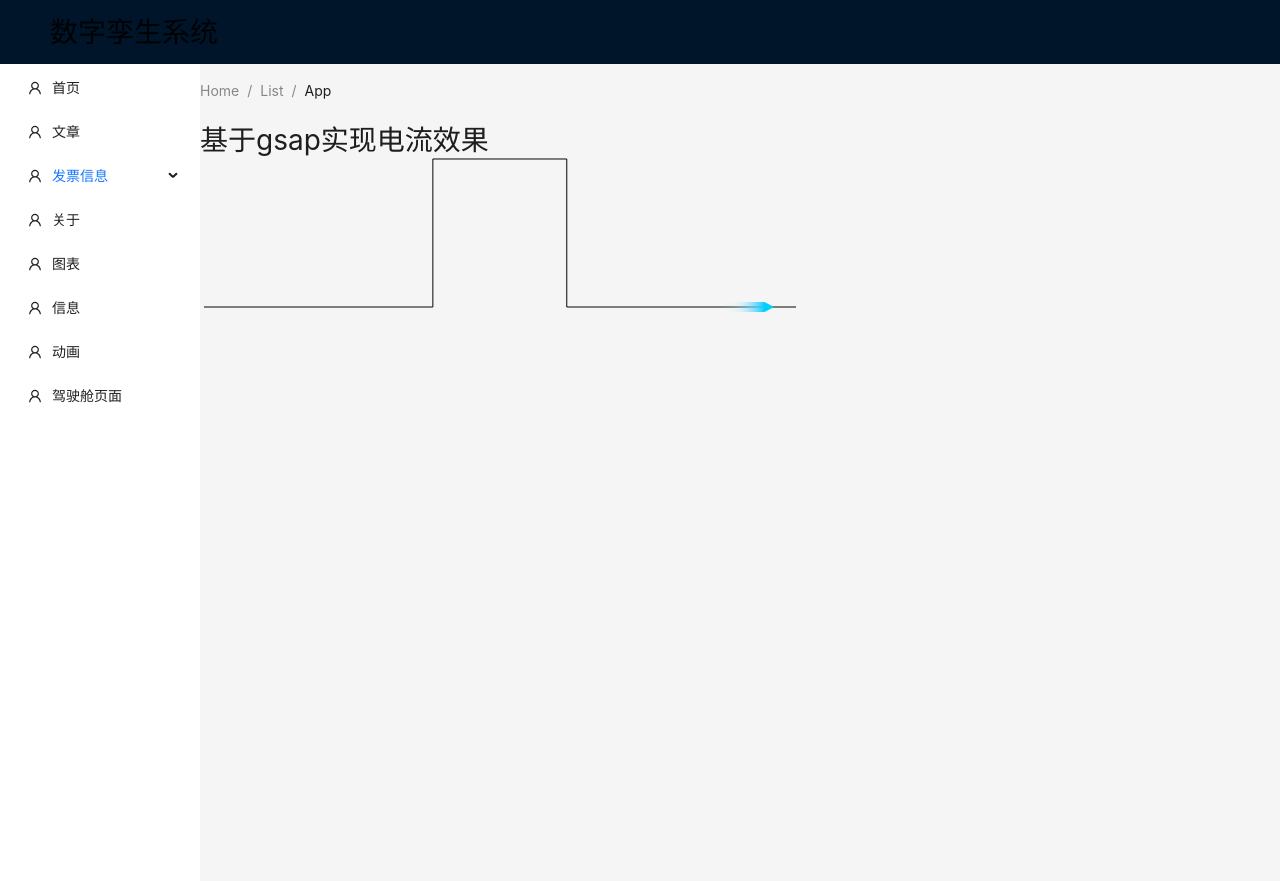
Repository: HailiePan/webpack-react-practice
Page: /animation
An editor plug-in stored every save of this project. The page is shown before and after the next save, followed by the edit.
The browser window is 1280 px wide. The pictures show the whole page.
The project was rebuilt for these pictures with package versions that can differ from the ones it lists, and the page was loaded fresh each time. Also part of the build but not shown: src/pages/Animation/component/ScrollAnimation/index.jsx, src/pages/Home.jsx, src/pages/Invoices/index.jsx, src/pages/Invoices/Invoice.jsx, src/pages/Invoices/Pending.jsx, src/pages/Invoices/Complete.jsx, src/components/CommonBox/index.less, src/components/CommonBox/index.jsx and 27 more.

Above is the page before, as saved 2024-01-24 17:30:37.

### index.html
<!--
 * Author  hailie.pan
 * Date  2023-10-08 16:03:03
 * LastEditors  hailie.pan
 * LastEditTime  2023-10-08 16:03:04
 * Description  file content
-->
<!--
 * Author  hailie.pan
 * Date  2023-10-07 17:34:05
 * LastEditors  hailie.pan
 * LastEditTime  2023-10-07 17:34:06
 * Description  file content
-->
<!DOCTYPE html>
<html lang="en">
  <head>
    <meta charset="UTF-8" />
    <meta http-equiv="X-UA-Compatible" content="IE=edge" />
    <meta name="viewport" content="width=device-width, initial-scale=1.0" />
    <title>Document</title>
  </head>
  <body>
    <div id="app"></div>
  </body>
</html>

### src/index.jsx
/*
 * Author  hailie.pan
 * Date  2023-10-07 17:16:58
 * LastEditors  hailie.pan
 * LastEditTime  2023-10-24 17:39:40
 * Description  file content
 */
import React, { StrictMode } from "react";
import * as ReactDOM from "react-dom/client";
import { BrowserRouter, useRoutes } from "react-router-dom";
import { routes } from "@/router";
const App = () => {
  return useRoutes(routes);
};
const root = ReactDOM.createRoot(document.getElementById("app"));
// v18 的新方法
root.render(
  <StrictMode>
    <BrowserRouter>
      <App />
    </BrowserRouter>
  </StrictMode>
);

// BrowserRouter下直接渲染useRoutes,routes里配置好路径对应的组件
// 然后就会显示路径对应的组件
// useRoutes(routes)必须在函数里写着

### src/router/index.js
/*
 * @Author: Hailie.Pan
 * @Date: 2023-11-28 10:30:45
 * @LastEditors: Hailie.Pan
 * @LastEditTime: 2024-01-11 10:41:08
 * @Description:
 */
/*
 * Author  hailie.pan
 * Date  2023-10-13 17:13:27
 * LastEditors  hailie.pan
 * LastEditTime  2023-11-28 10:30:45
 * Description  file content
 */
import React from "react";
import { useRoutes } from "react-router-dom";

import BaseLayout from "@/BaseLayout";

import Home from "@/pages/Home";
import Invoices from "@/pages/Invoices";
import Invoice from "@/pages/Invoices/Invoice";
import Pending from "@/pages/Invoices/Pending";
import Complete from "@/pages/Invoices/Complete";
import About from "@/pages/About";
import Article from "@/pages/Article";
import ControlRoomFirstPage from "@/pages/ControlRoomFirstPage";
import Chart from "@/pages/Chart";
import Info from "@/pages/Info";
import Animation from '@/pages/Animation'

const routes = [
  {
    path: "/",
    element: <BaseLayout />,
    name: "一级场景",
    children: [
      { path: "/home", element: <Home />, name: "首页" },
      { path: "/article", element: <Article />, name: "文章" },
      {
        // path: "/invoices",
        // element: <Invoices />,
        name: "发票信息",
        children: [
          {
            path: "/invoices/invoicesDetail/:id",
            element: <Invoice />,
            name: "发票1详情",
          },
          {
            path: "/invoices/pending",
            element: <Pending />,
            name: "发票2详情",
          },
          {
            path: "/invoices/complete",
            element: <Complete />,
            name: "发票3详情",
          },
        ],
      },

      {
        path: "/about",
        element: <About />,
        name: "关于",
      },
      {
        path: "/chart",
        element: <Chart />,
        name: "图表",
      },
      {
        path: "/info",
        element: <Info />,
        name: "信息",
      },
      {
        path: "/animation",
        element: <Animation />,
        name: "动画",
      },
    ],
  },
  {
    path: "/controlRoomFirstPage",
    element: <ControlRoomFirstPage />,
    name: "驾驶舱页面",
  },
];

export { routes };

### src/BaseLayout/index.jsx
/*
 * Author  hailie.pan
 * Date  2023-10-13 17:28:32
 * LastEditors  hailie.pan
 * LastEditTime  2023-12-04 10:37:50
 * Description  file content
 */

import React, {useEffect, useCallback, useState, useMemo } from 'react';
import { LaptopOutlined, NotificationOutlined, UserOutlined } from '@ant-design/icons';
import { Breadcrumb, Layout, Menu, theme } from 'antd';
import { Link, NavLink, useRoutes, Navigate, Outlet } from 'react-router-dom';
import { gsap } from "gsap";
import { ScrollTrigger } from 'gsap/ScrollTrigger.js'
import { routes } from '@/router';
import StateContext from './data.js';
import styles from './index.less';
import ScrollAnimation from '@/pages/Animation/component/ScrollAnimation'
const { Header, Content, Sider } = Layout;

export default function BaseLayout() {
  // console.log("routes", routes);
  const [selectedMenuKeys, setSelectedMenuKeys] = useState([]);

  // useMemo缓存菜单的计算方法，避免每次刷新时都计算一遍
  // 这个菜单的算法还是不太优美，不好维护
  let showMenu = useMemo(
    () =>
      routes
        .map((item, index) => {
          if (item.children) {
            const arr2 = item.children.map((c, cIndex) => {
              return {
                key: cIndex,
                icon: React.createElement(UserOutlined),
                name: c.name,
                label: (
                  <NavLink to={c.path} state={'From App'}>
                    {c.name}
                  </NavLink>
                ),
                children: c?.children?.map((t, tIndex) => ({
                  key: `${cIndex}-${tIndex}`,
                  icon: React.createElement(UserOutlined),
                  name: t.name,
                  label: <NavLink to={t.path}>{t.name}</NavLink>
                }))
              };
            });
            return arr2;
          } else {
            return {
              key: 'dandu' + index,
              icon: React.createElement(UserOutlined),
              name: item.name,
              label: (
                <NavLink to={item.path} state={'From App'}>
                  {item.name}
                </NavLink>
              )
            };
          }
        })
        .flat(), // arr2是个数组，放到showMenu数组里需要拉平
    []
  );
  showMenu.flat();
  // console.log("showMenu", showMenu);

  const menuArr = [
    {
      key: 0,
      icon: React.createElement(UserOutlined),
      label: (
        <NavLink to="/home" state={'From App'}>
          首页
        </NavLink>
      )
    },

    {
      key: 1,
      icon: React.createElement(LaptopOutlined),
      label: <NavLink to="invoices">发票信息</NavLink>,
      children: [
        {
          key: '1-0',
          label: <NavLink to="/invoices/invoicesDetail/1?a=a&b=b">发票1详情页</NavLink>
        },
        {
          key: '1-1',
          label: <NavLink to="/invoices/pending?fromPage=菜单点击">发票2详情页</NavLink>
        },
        {
          key: '1-2',
          label: (
            <NavLink to="/invoices/complete" state={'左侧菜单点击'}>
              发票3详情页
            </NavLink>
          )
        }
      ]
    },
    {
      key: 2,
      icon: React.createElement(NotificationOutlined),
      label: <NavLink to="about">关于</NavLink>
    },
    {
      key: 3,
      icon: React.createElement(NotificationOutlined),
      label: <NavLink to="controlRoomFirstPage">驾驶舱页面</NavLink>
    },
    {
      key: 4,
      icon: React.createElement(LaptopOutlined),
      label: <NavLink to="article">文章</NavLink>
    }
  ];

  const onSelectMenu = ({ item, key, keyPath, selectedKeys, domEvent }) => {
    setSelectedMenuKeys([key]);
  };

  const [state, setState] = useState('playing');

  // useEffect(()=>{
  //   gsap.registerPlugin(ScrollTrigger)
  //     // 绿色方块
  //     gsap.to("#ewrwer", {
  //       rotation: 900,
  //       x:400,
  //       duration: 1,
  //       scrollTrigger: {
  //         trigger: '#ewrwer', // 动画的元素
  //         scroller: document.getElementById('21321'), // 滚动的元素
  //         scrub: 2,
  //         markers: true,
  //       },

  //     });
  // },[])

  return (
    <Layout className={styles.layoutWrap}>
{/*
      <div className={styles.box} id='21321'>
        <div className={styles.green} id='ewrwer'></div>
        <div style={{height:'1000px'}} />
      </div> */}

      {/* <ScrollAnimation /> */}


      <Header className={styles.header}>
        <div className={styles.logo} />

        <h1>数字孪生系统</h1>
      </Header>

      <Layout>
        <Sider className={styles.sider}>
          <Menu
            mode="inline"
            // defaultSelectedKeys={["0"]}
            // defaultOpenKeys={["sub1"]}
            style={{
              height: '100%',
              borderRight: 0
            }}
            items={showMenu}
            selectedKeys={selectedMenuKeys}
            onSelect={onSelectMenu}
          />
        </Sider>

        <Layout className={styles.rightLayout}>
          <Breadcrumb
            style={{
              margin: '16px 0'
            }}
          >
            <Breadcrumb.Item>Home</Breadcrumb.Item>
            <Breadcrumb.Item>List</Breadcrumb.Item>
            <Breadcrumb.Item>App</Breadcrumb.Item>
          </Breadcrumb>

          <StateContext.Provider value={{ state, setState }}>
            <Content className={styles.content} id='content'>
              <Outlet />
            </Content>
          </StateContext.Provider>
        </Layout>
      </Layout>
    </Layout>
  );
}

### src/pages/Animation/index.jsx
/*
 * @Author: Hailie.Pan
 * @Date: 2024-01-11 10:41:16
 * @LastEditors: Hailie.Pan
 * @LastEditTime: 2024-01-24 15:25:22
 * @Description:
 */
import React, { useRef, useEffect, useState } from 'react';
import { gsap } from 'gsap';
import { ScrollTrigger } from 'gsap/ScrollTrigger.js';
import MoveBox from './component/MoveBox';
import MoveOnPath from './component/MoveOnPath';
import CanvasDraw from './component/CanvasDraw';
import TimeLine from './component/TimeLine';
import ScrollAnimation from './component/ScrollAnimation';
import ScrollAnimation2 from './component/ScrollAnimation2';
import ImitateElectricity from './component/ImitateElectricity';
import DraggableCom from './component/DraggableCom';
import styles from './index.module.less';

export default function Animation() {
  let obj = { myNum: 10, myColor: 'red' };

  useEffect(() => {
    // stagger 依次执行动画
    // gsap.to([boxRef.current, boxRef2.current, boxRef3.current], {
    //   rotation: 360,
    //   stagger:1,
    //   duration:2
    // });

    gsap.to(obj, {
      myNum: 200,
      myColor: 'blue',
      onUpdate: () => {
        console.log('onUpdate', obj.myColor);
      },
      onComplete: () => console.log('onComplete', obj.myNum, obj.myColor)
    });
  }, []);

  return (
    <div className={styles.wrap}>
      {/* <MoveBox /> */}

      {/* 在canvas中驱动元素绘制 */}
      {/* <CanvasDraw /> */}

      {/* 时间线动画 stagger依次错开 */}
      {/* <TimeLine /> */}

      {/* 元素沿SVG路径移动 */}
      {/* <MoveOnPath /> */}

      {/* 把canvas的效果和gsap的效果放在一起对比 */}
      {/* 模拟电流效果 */}
      <ImitateElectricity />

      {/* 滚动动画 */}
      {/* <ScrollAnimation /> */}

      {/* 滚动动画 */}
      {/* <ScrollAnimation2 /> */}

      {/* 可拖拽 */}
      {/* <DraggableCom /> */}
    </div>
  );
}

### src/BaseLayout/data.js
/*
 * Author  hailie.pan
 * Date  2023-11-28 10:20:25
 * LastEditors  hailie.pan
 * LastEditTime  2023-11-28 10:26:27
 * Description  file content
 */
import { createContext } from "react";

const StateContext = createContext({});

export default StateContext;

### src/BaseLayout/index.less
body {
  margin: 0;
  // height: 200vh;
}


.layoutWrap {
  height: 100vh;
  overflow-y: auto;
}

.box{
  height: 200px;
  overflow-y: auto;
  // border: 1px solid rgb(239, 200, 151);
}
.green{
  width: 50px;
  height: 50px;
  background-color: green;
  border-radius: 4px;
  margin: 0 auto;
  position: fixed;
  top: 50%;
  left: 50%;
}
.header {
  display: flex;
  align-items: center;

  .logo {
    width: 100px;
    height: 40px;
    background: rgba(255, 255, 255, 0.5);
    margin-right: 20px;
  }
  h1 {
    color: #fff;
    padding: 0;
    margin: 0;
  }
}
@colorBgContainer: #fff;
.sider {
  width: 200;
  background: @colorBgContainer;
}
.rightLayout {
  padding: 0 24px 24px;
}

.content {
  padding: 24px;
  margin: 0;
  min-height: 280px;
  background: @colorBgContainer;
  // border: 1px solid green; // 高度没有被页面的高度撑开
  // height: auto;
  overflow-y: scroll;
}

### src/pages/home.less
@color: rgb(248, 157, 39);

@font-face {
  font-family: "DIN";
  src: url("@/assets/fonts/庞门正道标题体2.0增强版.ttf");
  font-style: normal;
  font-weight: normal;
}
.wrapper {
  font-weight: 700;
  color: #333;

  ul {
    color: @color;
    // list-style-type: none;
  }
  .fontStyle {
    font-family: "DIN";
  }

  .box {
    height: 500px;
    margin-top: 20px;
    display: flex;
    .item {
      flex-shrink: 1; //属性定义了项目的缩小比例，默认为1，即如果空间不足，该项目将缩小
      flex-grow: 1; // 定义项目的放大比例，默认为0，即如果存在剩余空间，也不放大
      width: 300px;
      background-color: #fce09e;
      border: 1px solid rgb(255, 162, 0);
    }
  }
  .showImg {
    display: flex;
    img {
      width: 100px;
      height: 100px;
      margin-top: 10px;
      display: block;
    }
  }
}

### src/pages/Animation/component/ImitateElectricity/index.jsx
/*
 * @Author: Hailie.Pan
 * @Date: 2024-01-16 22:18:53
 * @LastEditors: Hailie.Pan
 * @LastEditTime: 2024-01-24 17:30:10
 * @Description:
 */
import React, { useEffect, useRef } from 'react';
import { gsap } from 'gsap';
import { MotionPathPlugin, MotionPathHelper } from 'gsap/all';
import { Button } from 'antd';
import styles from './index.module.less';

export default function ImitateElectricity() {
  const jiantou = useRef();
  const jiantou2 = useRef();
  const jiantou3 = useRef();
  const jiantou4 = useRef();
  const jiantou5 = useRef();

  // 注册插件
  gsap.registerPlugin(MotionPathPlugin);

  useEffect(() => {
    const tl = gsap.timeline({ repeat: -1 });
    gsap.set(
      [jiantou.current, jiantou2.current, jiantou3.current, jiantou4.current, jiantou5.current],
      { scale: 0.5, opacity: 0 }
    );

    tl.to([jiantou.current], {
      duration: 0.1,
      opacity: 1
    });

    tl.to([jiantou.current], {
      duration: 1.3,
      ease: 'none',
      immediateRender: true,
      motionPath: {
        path: '#xianlu', // 路径
        align: '#xianlu', // 对齐到路径
        alignOrigin: [0.5, 0.5], // 对齐原点
        autoRotate: 90, // 沿路径方向旋转角度
        end: 0.23
      }
    });
    tl.to([jiantou.current], {
      duration: 0.3,
      opacity: 0
    });

    tl.to(
      [jiantou2.current],
      {
        duration: 0.3,
        opacity: 1
      },
      '<0.1'
    );

    tl.to(
      [jiantou2.current],
      {
        duration: 1,
        ease: 'none',
        immediateRender: true,
        // stagger: 2, // 间隔时间
        motionPath: {
          path: '#xianlu', // 路径
          align: '#xianlu', // 对齐到路径
          alignOrigin: [0.5, 0.5], // 对齐原点
          autoRotate: 90, // 沿路径方向旋转角度
          start: 0.28,
          end: 0.4
        }
      },
      '<'
    );
    tl.to([jiantou2.current], {
      duration: 0.3,
      opacity: 0
    });

    tl.to(
      [jiantou3.current],
      {
        duration: 0.3,
        opacity: 1
      },
      '<0.1'
    );

    tl.to(
      [jiantou3.current],
      {
        duration: 0.8,
        ease: 'none',
        immediateRender: true,
        // stagger: 2, // 间隔时间
        motionPath: {
          path: '#xianlu', // 路径
          align: '#xianlu', // 对齐到路径
          alignOrigin: [0.5, 0.5], // 对齐原点
          autoRotate: 90, // 沿路径方向旋转角度
          start: 0.44,
          end: 0.55
        }
      },
      '<'
    );

    tl.to([jiantou3.current], {
      duration: 0.3,
      opacity: 0
    });

    tl.to(
      [jiantou4.current],
      {
        duration: 0.3,
        opacity: 1
      },
      '<0.1'
    );

    tl.to(
      [jiantou4.current],
      {
        duration: 1,
        ease: 'none',
        immediateRender: true,
        // stagger: 2, // 间隔时间
        motionPath: {
          path: '#xianlu', // 路径
          align: '#xianlu', // 对齐到路径
          alignOrigin: [0.5, 0.5], // 对齐原点
          autoRotate: 90, // 沿路径方向旋转角度
          start: 0.58,
          end: 0.71
        }
      },
      '<'
    );
    tl.to([jiantou4.current], {
      duration: 0.3,
      opacity: 0
    });

    tl.to(
      [jiantou5.current],
      {
        duration: 0.3,
        opacity: 1
      },
      '<0.1'
    );

    tl.to(
      [jiantou5.current],
      {
        duration: 1.3,
        ease: 'none',
        immediateRender: true,
        // stagger: 2, // 间隔时间
        motionPath: {
          path: '#xianlu', // 路径
          align: '#xianlu', // 对齐到路径
          alignOrigin: [0.5, 0.5], // 对齐原点
          autoRotate: 90, // 沿路径方向旋转角度
          start: 0.75
        }
      },
      '<'
    );

    tl.to([jiantou5.current], {
      duration: 0.3,
      opacity: 0
    });

    // gsap.registerPlugin(MotionPathPlugin, MotionPathHelper)
  }, []);

  return (
    <div>
      <h1>基于gsap实现电流效果</h1>
      {/* svg路径必须是path */}
      <svg class={styles.motionPath} viewBox="0 0 600 152">
        <path fill="none" stroke="#000" d="m0,151h231.97V1h135.69v150h232.35" />
        <path
          id="xianlu"
          fill="none"
          stroke="none"
          d="m0,151h225.12c3.78,0,6.85-3.06,6.85-6.85V8.04c0-3.89,3.15-7.04,7.04-7.04h121.97c3.69,0,6.68,2.99,6.68,6.68v136.63c0,3.69,3,6.69,6.69,6.69h225.66"
        />
      </svg>

      <div className={styles.jiantou} ref={jiantou}></div>
      <div className={styles.jiantou} ref={jiantou2}></div>
      <div className={styles.jiantou} ref={jiantou3}></div>
      <div className={styles.jiantou} ref={jiantou4}></div>
      <div className={styles.jiantou} ref={jiantou5}></div>
    </div>
  );
}

### src/pages/Animation/component/ScrollAnimation/index.module.less

.wrap{
  border:1px solid red;
  height: 600px;
  background-color: #111;
  color: white;
  // overflow-x: hidden;
  overflow-y: scroll;
}
h1, h2 {
  margin: 0;
  font-weight: 400;
  max-width: none;
}
.headerSection{
  height: 400px;
  line-height: 400px;
  border: 1px solid rgb(255, 140, 0);
}

.comparisonSection {
  position: relative;
  padding-bottom: 56.25%; /* to maintain aspect ratio (responsive!) */
  border: 1px solid yellow;

  .comparisonImage {
    width: 100%;
    height: 100%;

    img {
      width: 100%;
      height: 100%;
      position: absolute;
      top: 0;
    }
  }

  .afterImage {
    position: absolute;
    overflow: hidden;
    top: 0;
    transform: translate(100%, 0px);
    img {
      transform: translate(-100%, 0px);
    }
  }
}

### src/pages/Animation/component/ImitateElectricity/index.module.less
.motionPath {
  overflow: visible;
  width: 600px;
  height: 150px;
}

.jiantou {
  width: 20px;
  height: 77px;
  height: 114px;
  background: url('./assets/jiantou.png');
}

After the next save:
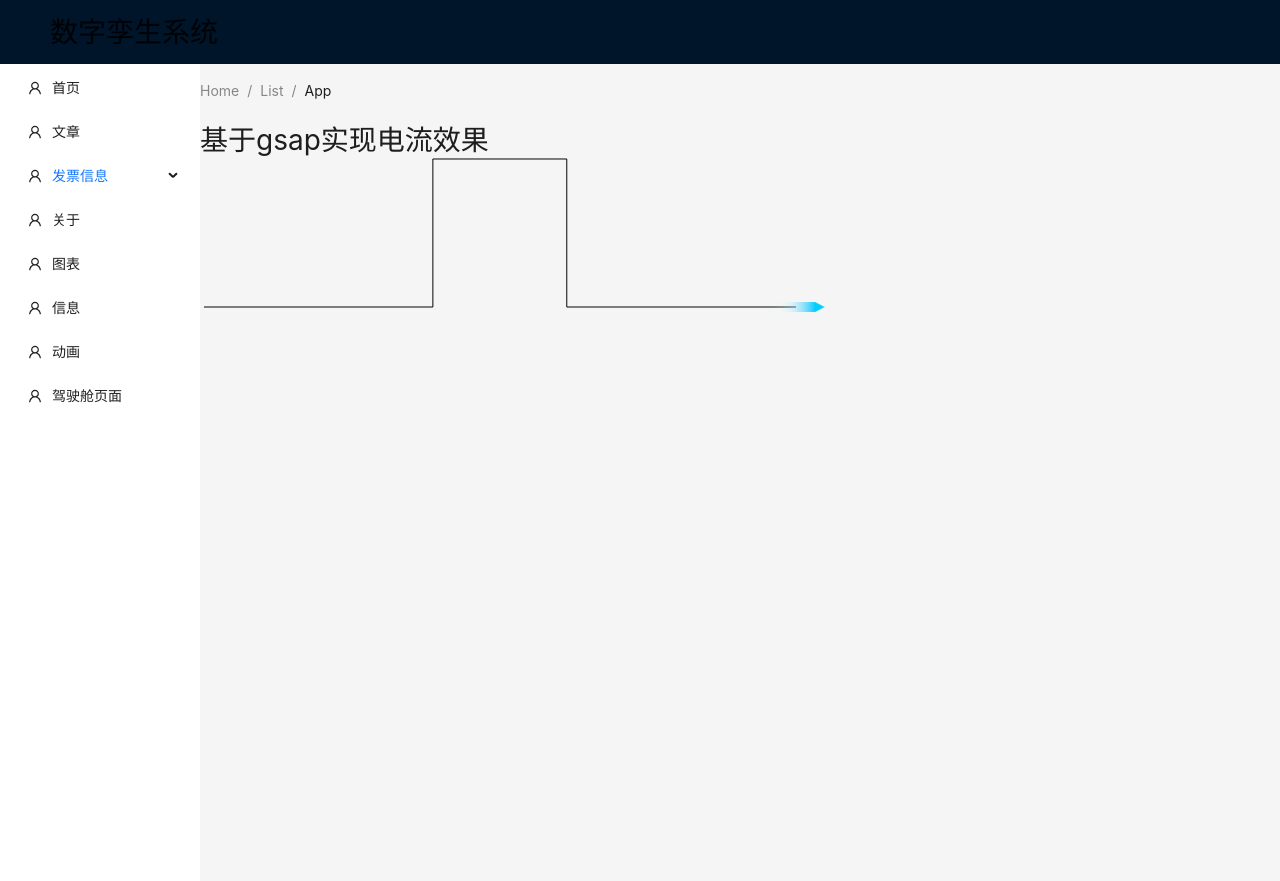
Saved 52 s later.
--- a/src/pages/Animation/component/ImitateElectricity/index.jsx
+++ b/src/pages/Animation/component/ImitateElectricity/index.jsx
@@ -2,7 +2,7 @@
  * @Author: Hailie.Pan
  * @Date: 2024-01-16 22:18:53
  * @LastEditors: Hailie.Pan
- * @LastEditTime: 2024-01-24 17:30:10
+ * @LastEditTime: 2024-01-24 17:31:29
  * @Description:
  */
 import React, { useEffect, useRef } from 'react';
@@ -34,7 +34,7 @@ export default function ImitateElectricity() {
     });
 
     tl.to([jiantou.current], {
-      duration: 1.3,
+      duration: 1,
       ease: 'none',
       immediateRender: true,
       motionPath: {
